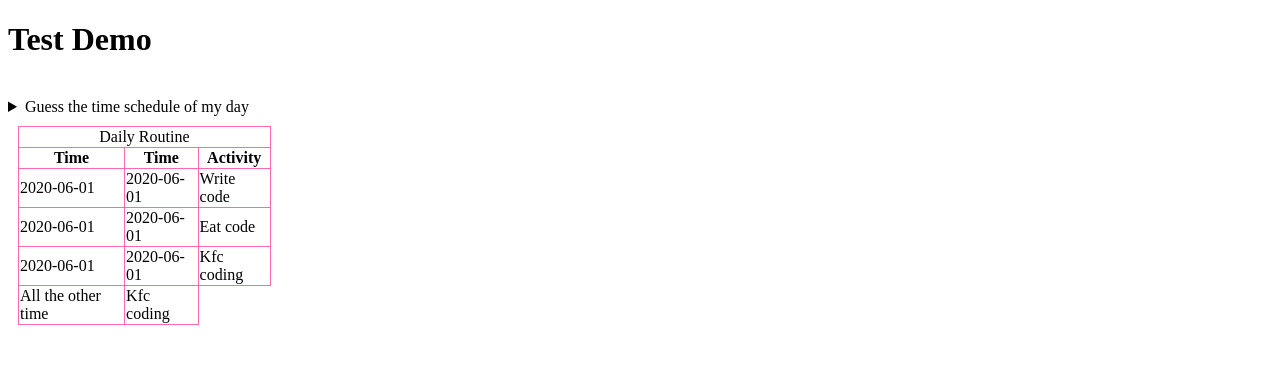
Repository: cavidk/taco_shop-web
Page: html basics/index.html
These files come from the project's save history. The page is drawn as it stood at one moment and after the next save; the edit follows.
The browser window is 1280 px wide. The pictures show the whole page.

Above is the page before, as saved 2024-06-07 16:40:04.

### html basics/index.html
<!DOCTYPE html>
<html lang="en">

<head>
   <meta charset="UTF-8">
   <meta name="viewport" content="width=device-width, initial-scale=1.0">
   <link rel="stylesheet" href="style.css" type="text/css">
   </link>
   <title>Document</title>
</head>

<body>
   <h1>Test Demo</h1>
   <br>
   <aside>
      <details>
         <summary>Guess the time schedule of my day</summary>
         <p>Details</p>

   </aside>


   <table border="2">

      <td id="head1" colspan="3">Daily Routine</td>
      <tr>
         <th>Time</th>
         <th>Time</th>
         <th>Activity</th>
      <tr id="border1">
         <td>
            <time datetime="2020-06-01">2020-06-01</time>
           </td>
             <td>
            <time datetime="11:00">2020-06-01</datetime>
         </td>
         <td>Write code</td>
      </tr>

      <tr>
         <td>
            <time datetime="2020-06-01">2020-06-01</time>
           </td>
           <td>
            <time datetime="11:00">2020-06-01</datetime>
           </td
         </td>
         <td>Eat code</td>
      </tr>

      <tr>
         <td>
            <time datetime="2020-06-01">2020-06-01</time>
           </td>
             <td>
            <time datetime="11:00">2020-06-01</datetime>
         </td>
         <td>Kfc coding</td>
      </tr>

      <tr>
         <td>
            All the other time
         </td>
         <td>Kfc coding</td>
      </tr>
   </table>

</body>

</html>

### html basics/style.css
table{
      width: 20%;
      border-collapse: collapse;
      margin: 10px;
      padding: 10px;;
      border-radius: 50px;
      border: none;
      border-color: hotpink
}

#head1{

    text-align: center;
}

After the next save:
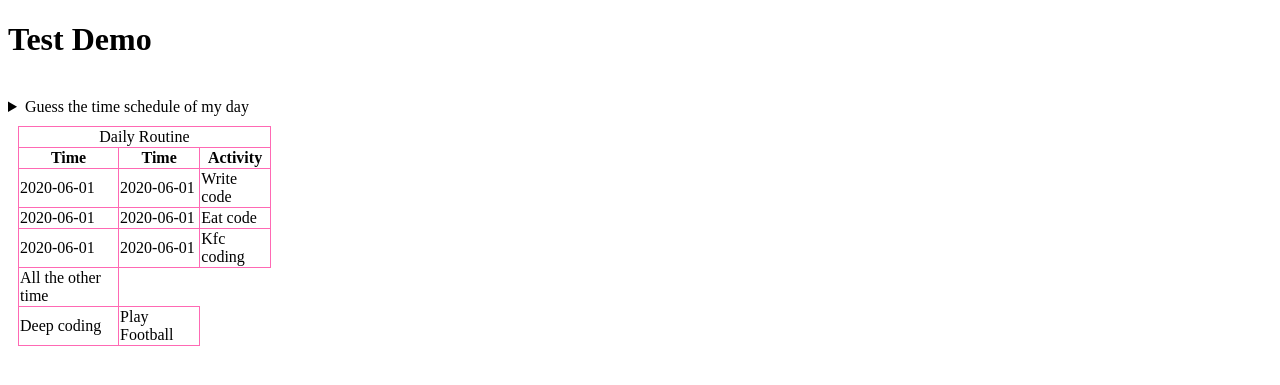
Saved 89 s later.
--- a/html basics/index.html
+++ b/html basics/index.html
@@ -60,9 +60,13 @@
 
       <tr>
          <td>
-            All the other time
+            All the
+            other time
          </td>
-         <td>Kfc coding</td>
+         <tr >
+         <td>Deep coding</td>
+         <td>Play Football</td>
+         </tr>
       </tr>
    </table>
 
